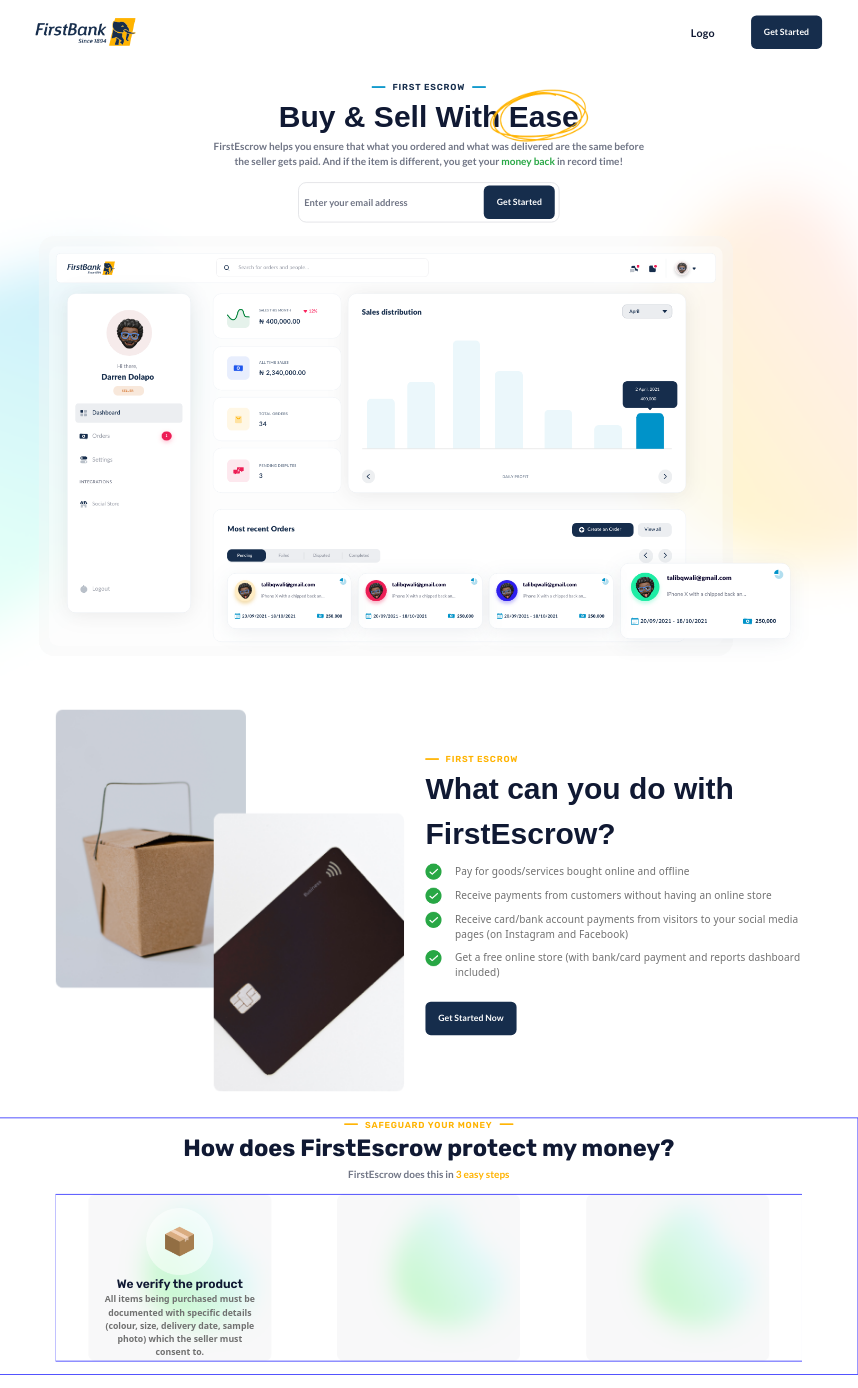
Repository: Pepperest-dev/First_Escrow_Home
Page: index.html
These files come from the project's save history. The page is drawn as it stood at one moment and after the next save; the edit follows.
The browser window is 1280 px wide. The pictures show the whole page, at 67% of full size.

Above is the page before, as saved 2021-09-26 11:59:35.

After the next save:
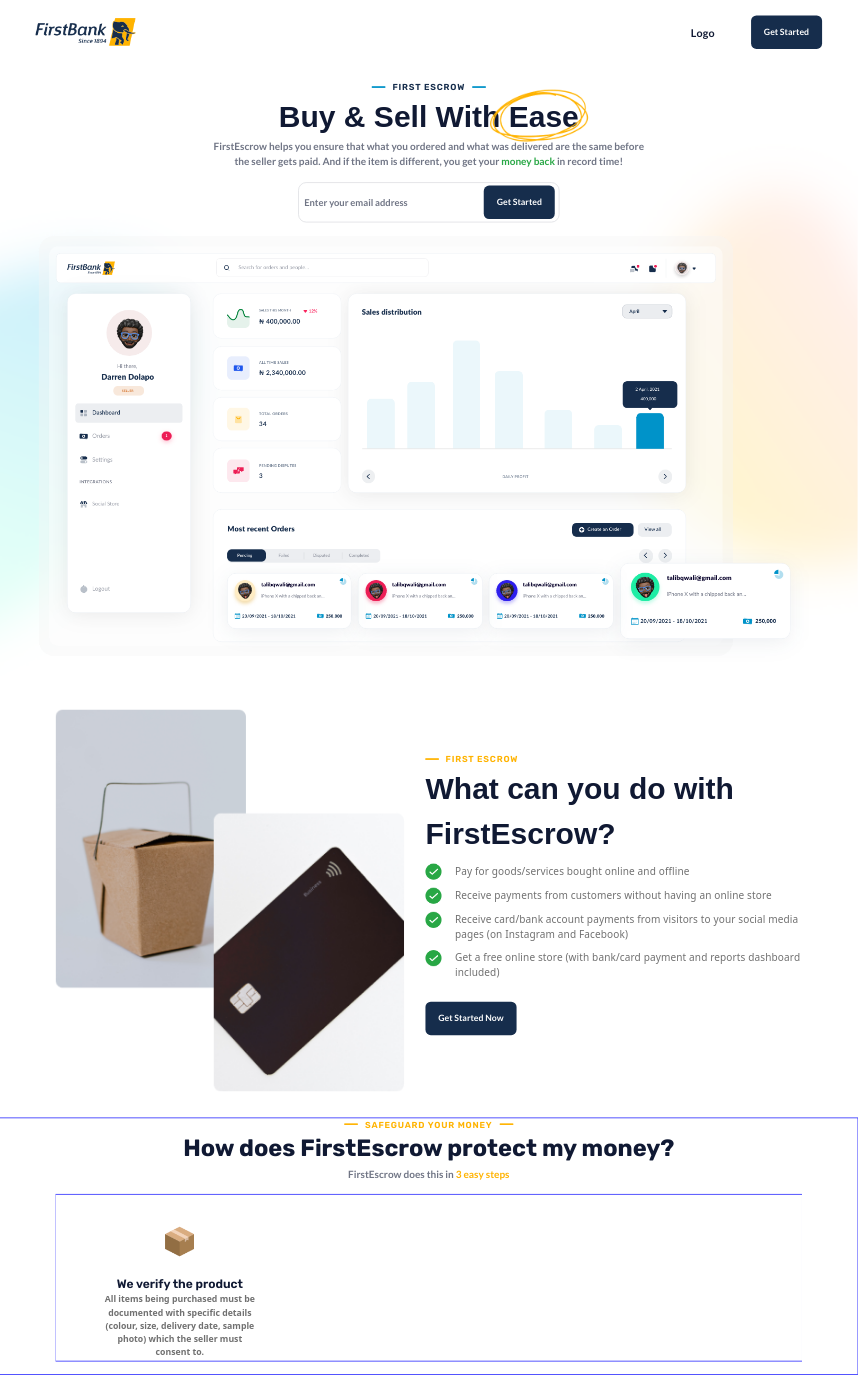
Saved 111 s later.
--- a/Styles/styles.css
+++ b/Styles/styles.css
@@ -237,6 +237,7 @@
 .box {
   width: 280px;
   height: 248px;
+  border-radius:12px
   background-image: url("/assets/imgs/lightGreenCardBg.png");
   background-repeat: no-repeat;
   background-position: center;

After the save that followed:
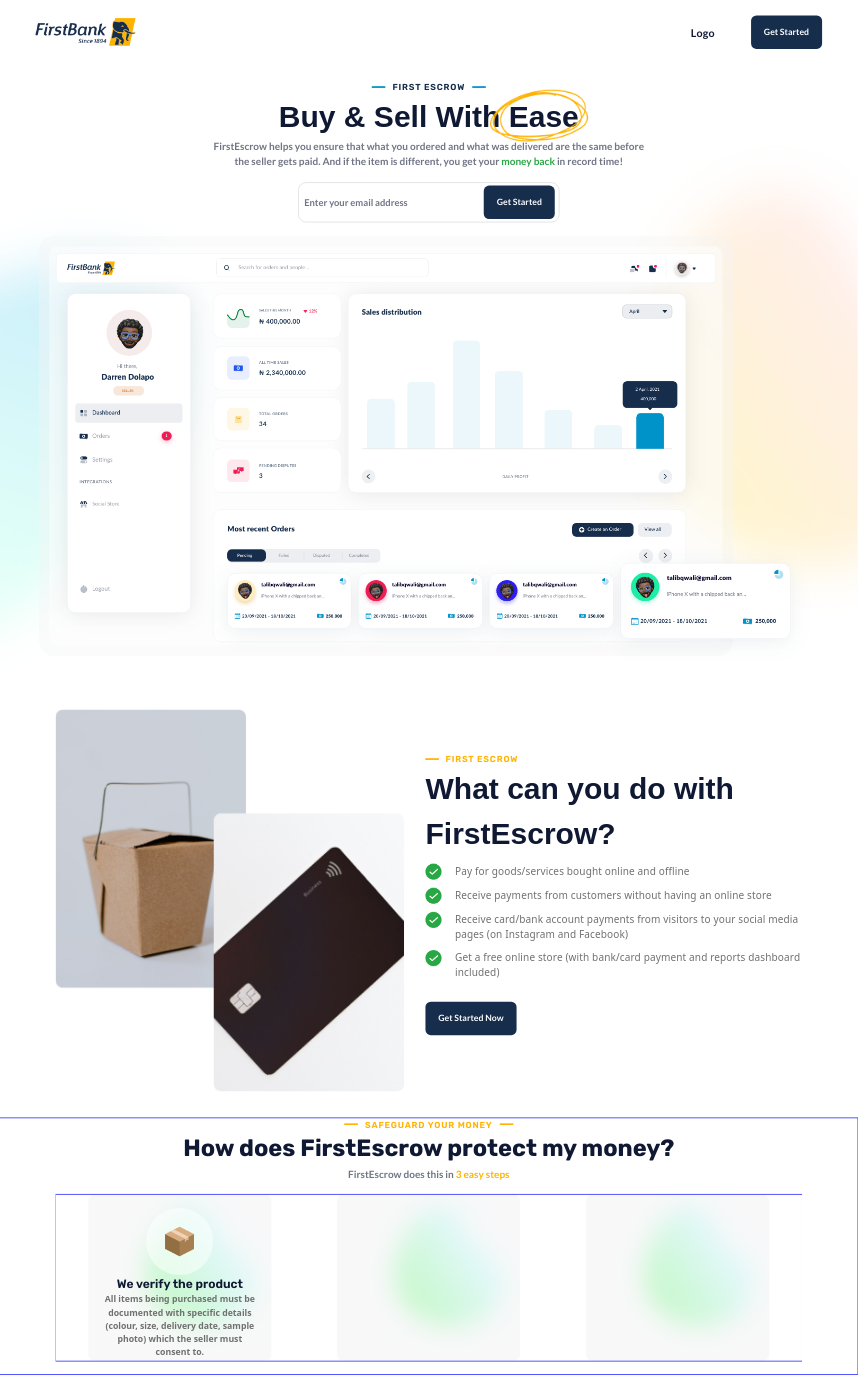
Saved 4 s later.
--- a/Styles/styles.css
+++ b/Styles/styles.css
@@ -237,7 +237,7 @@
 .box {
   width: 280px;
   height: 248px;
-  border-radius:12px
+  border-radius: 12px;
   background-image: url("/assets/imgs/lightGreenCardBg.png");
   background-repeat: no-repeat;
   background-position: center;
